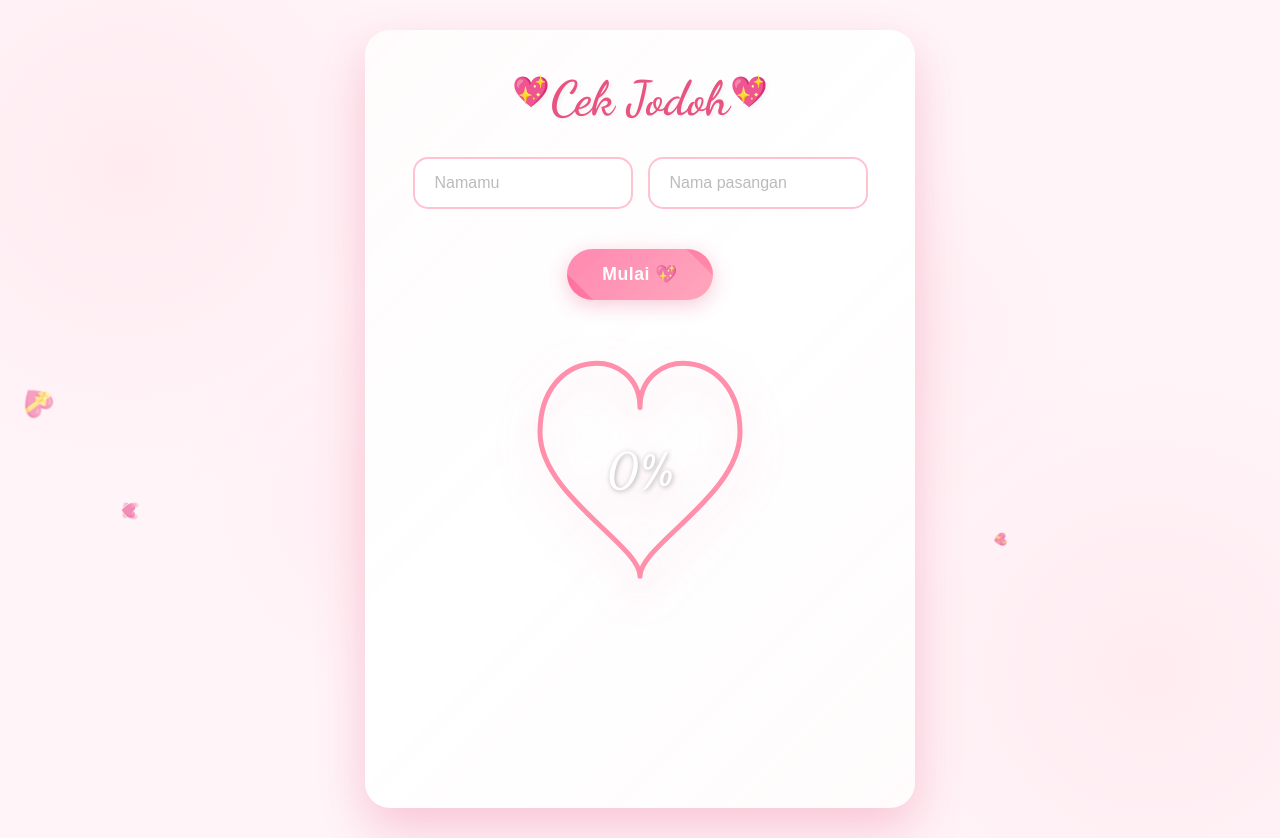
Repository: zhr-nabila/cek-jodoh
Page: cek.html
These files come from the project's save history. The page is drawn as it stood at one moment and after a run of saves; the edit follows.
The browser window is 1280 px wide. The pictures show the whole page.

Above is the page before, as saved 2025-06-10 01:02:31.

After the next 3 saves:
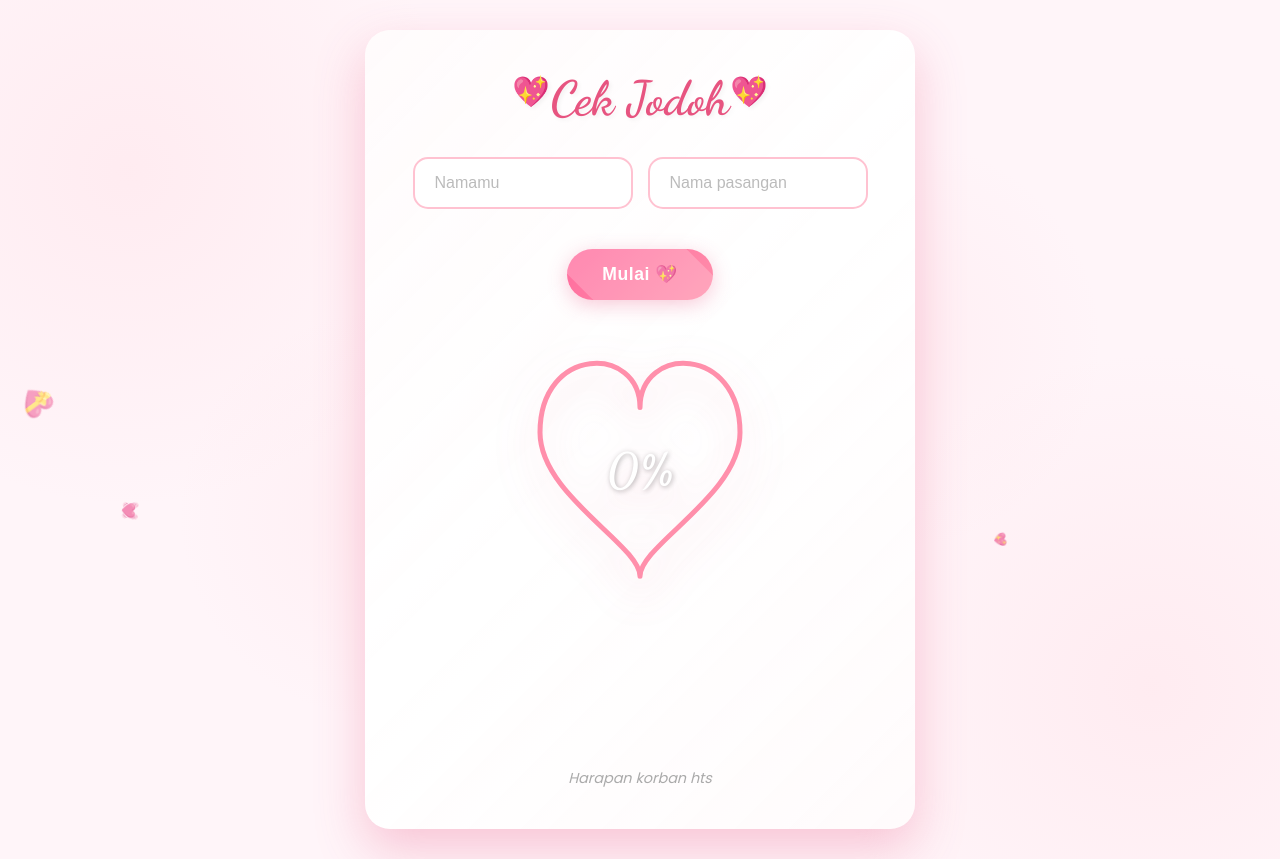
The 3 saves are shown as one change because they came seconds apart.
The last was saved 9 s later.
--- a/cek.html
+++ b/cek.html
@@ -588,7 +588,7 @@
       <div class="message" id="message"></div>
 
       <div class="footer-note">
-
+        Harapan korban hts
       </div>
     </div>
 

After the save that followed:
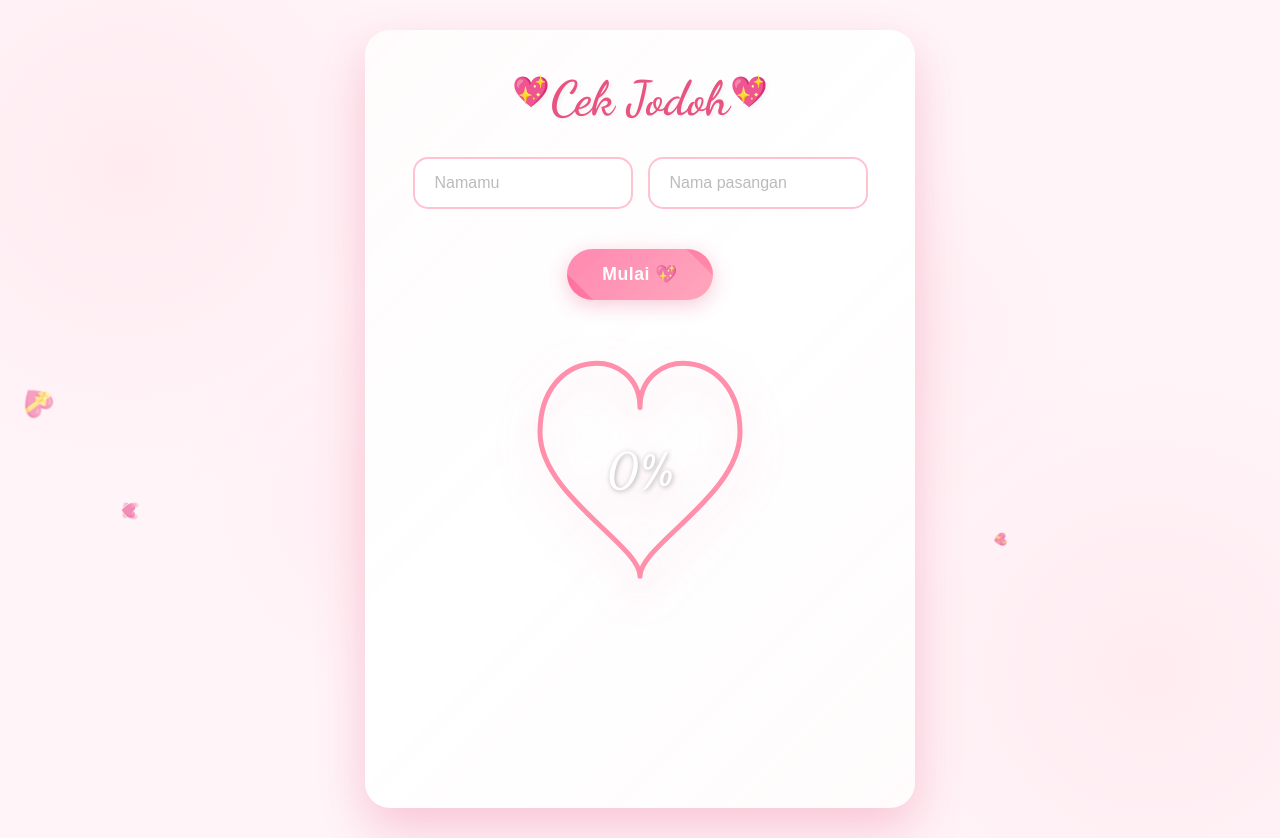
Saved 34 s later.
--- a/cek.html
+++ b/cek.html
@@ -588,7 +588,7 @@
       <div class="message" id="message"></div>
 
       <div class="footer-note">
-        Harapan korban hts
+
       </div>
     </div>
 
